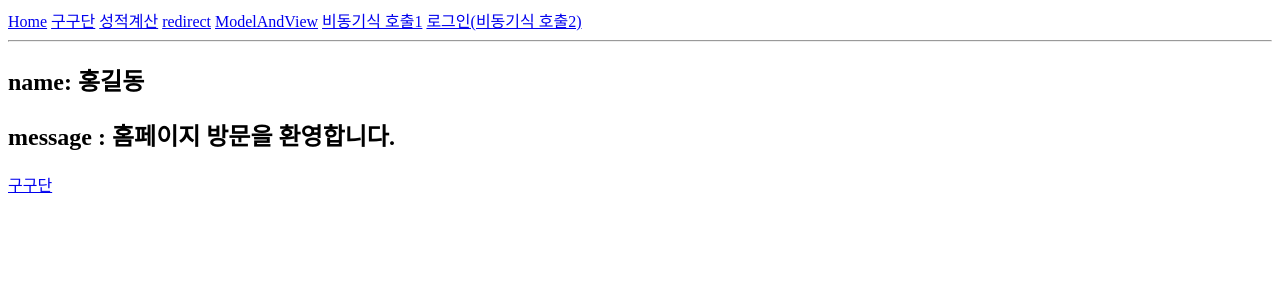
Repository: EunhaKyeong/studyRepo
Page: http://localhost/tutorial/
These files come from the project's save history. The page is drawn as it stood at one moment and after the next save; the edit follows.
The browser window is 1280 px wide. The pictures show the whole page.
The page is served by Tomcat 9. Other server files are loaded and not shown. The template is opened directly, without the code that normally fills it, so the values that code supplies are empty.

Above is the page before, as saved 2020-12-05 16:48:31.

### SPRING/spring/tutorial/src/main/webapp/WEB-INF/views/main.jsp
<%@ page language="java" contentType="text/html; charset=UTF-8"
    pageEncoding="UTF-8"%>
<!DOCTYPE html>
<html>
<head>
<meta charset="UTF-8">
<title>Insert title here</title>
</head>
<body>
	<jsp:include page="../views/include/menu.jsp" />
	<h2>name: ${name}</h2>
	<h2>message : ${message}</h2>

	<a href="/gugu.do">구구단</a>
</body>
</html>

### SPRING/spring/tutorial/src/main/webapp/WEB-INF/views/include/menu.jsp
<%@ page language="java" contentType="text/html; charset=UTF-8"
pageEncoding="UTF-8" %>
<a href="/">Home</a>
<a href="/gugu.do">구구단</a>
<a href="/point.do">성적계산</a>
<a href="/move.do">redirect</a>
<a href="/mav.do">ModelAndView</a>
<a href="/ajax.do">비동기식 호출1</a>
<a href="/login.do">로그인(비동기식 호출2)</a>
<hr>

After the next save:
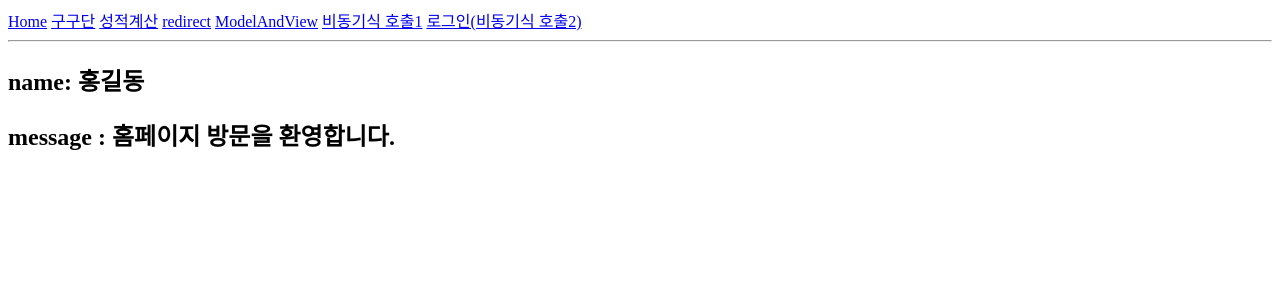
Saved 2 min 1 s later.
--- a/SPRING/spring/tutorial/src/main/webapp/WEB-INF/views/main.jsp
+++ b/SPRING/spring/tutorial/src/main/webapp/WEB-INF/views/main.jsp
@@ -10,7 +10,5 @@
 	<jsp:include page="../views/include/menu.jsp" />
 	<h2>name: ${name}</h2>
 	<h2>message : ${message}</h2>
-
-	<a href="/gugu.do">구구단</a>
 </body>
 </html>
